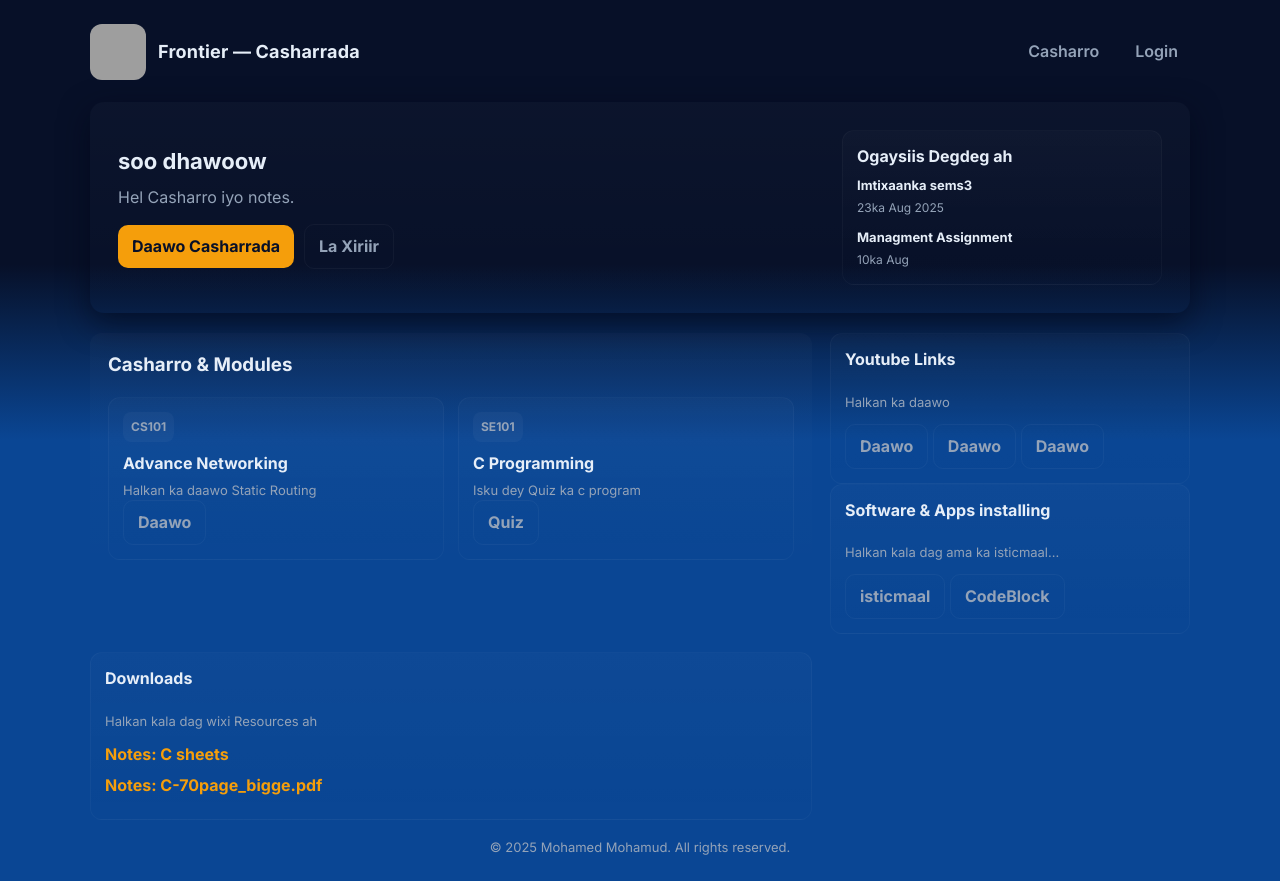
Repository: mrfiiqane/Al-Tacaawun.com
Page: index.html
These files come from the project's save history. The page is drawn as it stood at one moment and after the next save; the edit follows.
The browser window is 1280 px wide. The pictures show the whole page.
Pictures or frames that could not be fetched are drawn as grey boxes.

Above is the page before, as saved 2025-08-12 08:51:51.

### index.html
<!doctype html>
<html lang="en">
<head>
  <meta charset="utf-8" />
  <meta name="viewport" content="width=device-width,initial-scale=1" />
  <title>Jaamacadda — Casharrada</title>
  <link rel="stylesheet" href="./style.css">

  <!-- Google Font (optional) -->
  <link href="https://fonts.googleapis.com/css2?family=Inter:wght@300;400;600;700&display=swap" rel="stylesheet">

</head>
<body>
  <div class="wrap">

    <header>
      <div class="brand">
        <div class="logo"></div>
        <div>
          <h1 class="site-title">Frontier — Casharrada</h1>
        </div>
      </div>

      <nav aria-label="Primary">
        <a href="#courses">Casharro</a>
        <a href="./Singin.html">Login</a>
      </nav>
    </header>

    <section class="hero">
      <div class="hero-left">

        <h2>soo dhawoow</h2>
        <p>Hel Casharro iyo notes.</p>

        <div class="cta-row">
          <a class="btn" href="#courses">Daawo Casharrada</a>
          <a class="btn secondary" href="#contact">La Xiriir</a>
        </div>
      </div>

      <div class="hero-right card">
        <h4 style="margin:0 0 8px 0">Ogaysiis Degdeg ah</h4>
        <ul class="ann-list">
          <li class="ann"><div><b>Imtixaanka sems3</b><small> 23ka Aug 2025</small></div></li>
          <li class="ann"><div><b>Managment Assignment</b><small> 10ka Aug</small></div></li>
        </ul>
      </div>
    </section>

    <div class="grid">
      <main>
        <!-- Courses -->
        <div id="courses" class="section">
          <h3 style="margin-top:0">Casharro & Modules</h3>
          <div class="courses">
            <article class="course">
              <span class="code">CS101</span>
              <h3>Advance Networking</h3>
              <p>Halkan ka daawo Static Routing</p>
              <a class="btn secondary" href="https://youtu.be/i_kWL7zncr0?si=UCBDJ3CswC6rXT9E" >Daawo</a>
            </article>
            <article class="course">
              <span class="code">SE101</span>
              <h3>C Programming</h3>
              <p>Isku dey Quiz ka c program</p>
              <a class="btn secondary" href="https://quiz-with-c.vercel.app/" >Quiz</a>
            </article>



          </div>
        </div>



      </main>

      <!-- Sidebar -->
      <aside>
        <div class="card">
          <h4 style="margin-top:0">Youtube Links</h4>
          <p class="site-sub">Halkan ka daawo</p>
          <ul style="margin:12px 0 0 0; padding:0; list-style:none;">
            <a class="btn secondary" href="https://youtu.be/eYBJgoVVvV4" >Daawo</a>
            <a class="btn secondary" href="https://youtu.be/OuTGAZUUJFI" >Daawo</a>
            <a class="btn secondary" href="https://youtu.be/sqkx3KoNXKo" >Daawo</a>
          </ul>
        </div>
        <div class="card">
          <h4 style="margin-top:0">Software & Apps installing</h4>
          <p class="site-sub">Halkan kala dag ama ka isticmaal...</p>
          <ul style="margin:12px 0 0 0; padding:0; list-style:none;">
            <a class="btn secondary" href="https://www.programiz.com/c-programming/online-compiler/" >isticmaal</a>
            <a class="btn secondary" href="https://sourceforge.net/projects/codeblocks/files/Binaries/25.03/Windows/codeblocks-25.03mingw-setup.exe/download" >CodeBlock</a>

          </ul>
        </div>

      </aside>
      <aside>
        <div class="card">
          <h4 style="margin-top:0">Downloads</h4>
          <p class="site-sub">Halkan kala dag wixi Resources ah</p>
          <ul style="margin:12px 0 0 0; padding:0; list-style:none;">
            <li style="margin-bottom:8px"><a href="./images/cheat_sheet_c.pdf" download="" style="color:var(--accent); text-decoration:none; font-weight:700">Notes: C sheets</a></li>
            <li style="margin-bottom:8px"><a href="./images/C-70page-begginers.pdf" download="" style="color:var(--accent); text-decoration:none; font-weight:700">Notes: C-70page_bigge.pdf</a></li>
          </ul>
        </div>

      </aside>
    </div>

    <footer>
      © <span id="year"></span> 2025 Mohamed Mohamud. All rights reserved.
    </footer>

  </div>

</body>
</html>

### style.css
:root{
      --bg:#0f1724;
      --card:#0b1220;
      --accent:#F59E0B;
      --muted:#94a3b8;
      --glass: rgba(255,255,255,0.04);
      --radius:14px;
      --maxw:1100px;
      font-family: "Inter", system-ui, -apple-system, "Segoe UI", Roboto, "Helvetica Neue", Arial;
    }
    *{box-sizing:border-box}
    html,body{
      height:80%
      width:80%
    }
    body{
      margin:0;
      background: linear-gradient(180deg,#071028 30%, #0a4694 50%);
      color:#e6eef8;
      -webkit-font-smoothing:antialiased;
      -moz-osx-font-smoothing:grayscale;
      line-height:1.45;
      padding:24px;
      display:flex;
      justify-content:center;
    }
    .wrap{
      width:100%;
      max-width:var(--maxw);
    }

    /* Header */
    header{
      display:flex;
      align-items:center;
      justify-content:space-between;
      gap:16px;
      margin-bottom:22px;
    }
    .brand{
      display:flex;
      align-items:center;
      gap:12px;
    }
    .logo{
      background-image: url('https://encrypted-tbn0.gstatic.com/images?q=tbn:ANd9GcTuMOF6fEdt8Zlo2HOTVPE4MufJVdZzyfTKlA&s');
      background-size:cover;
      background-position:center;
      background-repeat:no-repeat;
      width:56px;
      height:56px;
      border-radius:12px;
      display:flex;
      align-items:center;
      justify-content:center;
      font-weight:700;
      font-size:20px;
    }
    h1.site-title{
      margin:0;
      font-size:18px;
      letter-spacing:0.2px;
    }
    p.site-sub{ margin:0; color:var(--muted); font-size:13px }

    nav{
      display:flex;
      gap:12px;
      align-items:center;
    }
    nav a{
      color:var(--muted);
      text-decoration:none;
      font-weight:600;
      padding:8px 12px;
      border-radius:10px;
    }
    nav a:hover{ color:#fff; background:var(--glass) }

    /* Hero */
    .hero{
      background: linear-gradient(180deg, rgba(255,255,255,0.02), transparent);
      border-radius: var(--radius);
      padding:28px;
      display:flex;
      gap:24px;
      align-items:center;
      margin-bottom:20px;
      box-shadow: 0 10px 30px rgba(2,6,23,0.6);
    }
    .hero-left{flex:1}
    .hero-right{ width:320px; min-width:220px }
    .hero h2{ margin:0 0 8px 0; font-size:22px }
    .hero p{ margin:0 0 14px 0; color:var(--muted) }

    .cta-row{ display:flex; gap:10px; align-items:center }
    .btn{
      background:var(--accent);
      color:#081028;
      padding:10px 14px;
      border-radius:10px;
      font-weight:700;
      border:none;
      cursor:pointer;
      text-decoration:none;
      display:inline-block;
    }
    .btn.secondary{
      background:transparent;
      color:var(--muted);
      border:1px solid rgba(255,255,255,0.04);
    }

    /* Grid */
    .grid{
      display:grid;
      gap:18px;
      grid-template-columns: 1fr 360px;
    }

    /* Main content */
    main{ background:transparent }
    .section{
      background: linear-gradient(180deg, rgba(255,255,255,0.02), transparent);
      padding:18px;
      border-radius:12px;
      margin-bottom:16px;
    }

    /* Courses */
    .courses{
      display:grid;
      grid-template-columns: repeat(auto-fit,minmax(230px,1fr));
      gap:14px;
    }
    .course{
      background:linear-gradient(180deg, rgba(255,255,255,0.02), transparent);
      padding:14px;
      border-radius:12px;
      border:1px solid rgba(255,255,255,0.03);
      transition:transform .18s ease, box-shadow .18s ease;
    }
    .course:hover{ transform:translateY(-6px); box-shadow:0 12px 30px rgba(2,6,23,0.6) }
    .code{
      display:inline-block;
      background:rgba(255,255,255,0.03);
      padding:6px 8px;
      border-radius:8px;
      color:var(--muted);
      font-weight:700;
      font-size:12px;
    }
    .course h3{ margin:10px 0 6px 0; font-size:16px }
    .course p{ margin:0; color:var(--muted); font-size:13px }

    /* Sidebar cards */
    .card{
      background: linear-gradient(180deg, rgba(255,255,255,0.02), transparent);
      padding:14px;
      border-radius:12px;
      border:1px solid rgba(255,255,255,0.03);
    }
    .ann-list{ list-style:none; margin:0; padding:0; display:flex; flex-direction:column; gap:10px }
    .ann{
      display:flex; gap:10px; align-items:flex-start;
    }
    .ann b{ display:block; font-size:13px }
    .ann small{ color:var(--muted); font-size:12px }

    footer{
      margin-top:18px; text-align:center; color:var(--muted); font-size:13px;
    }

    /* Responsive */
    @media (max-width:768px){
    header{
      display:block;
      align-items:center;
      justify-content:space-around;
      gap:5px;
      margin-bottom:22px;
    }
    .hero, .grid{
      display: flex;
      flex-direction: column;
    }

    nav{
      gap:5px;
      justify-content: end;
    }
    .btn{
      padding:10px;
    }

    }

After the next save:
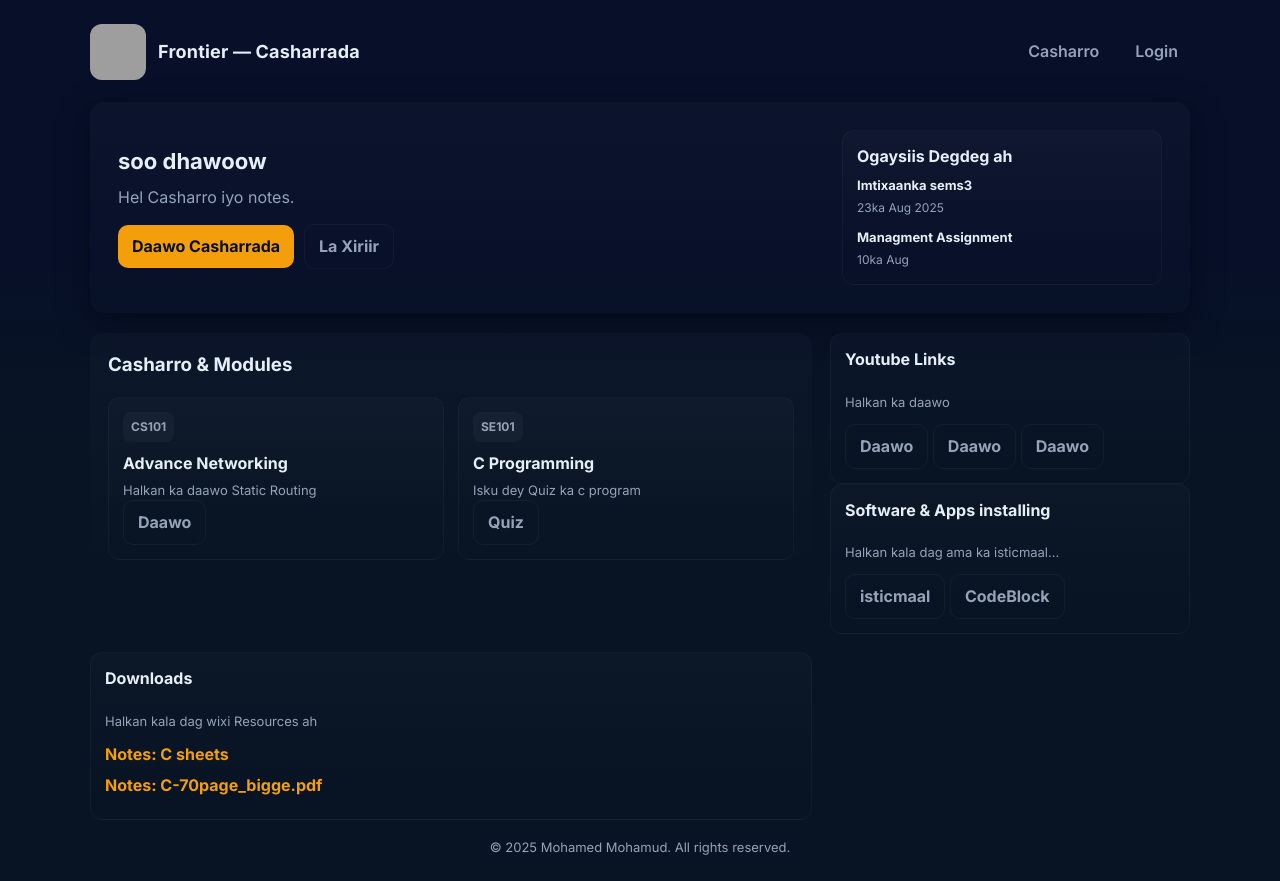
Saved 5 s later.
--- a/style.css
+++ b/style.css
@@ -15,7 +15,7 @@
     }
     body{
       margin:0;
-      background: linear-gradient(180deg,#071028 30%, #0a4694 50%);
+      background: linear-gradient(180deg,#071028 30%, #081424 50%);
       color:#e6eef8;
       -webkit-font-smoothing:antialiased;
       -moz-osx-font-smoothing:grayscale;
